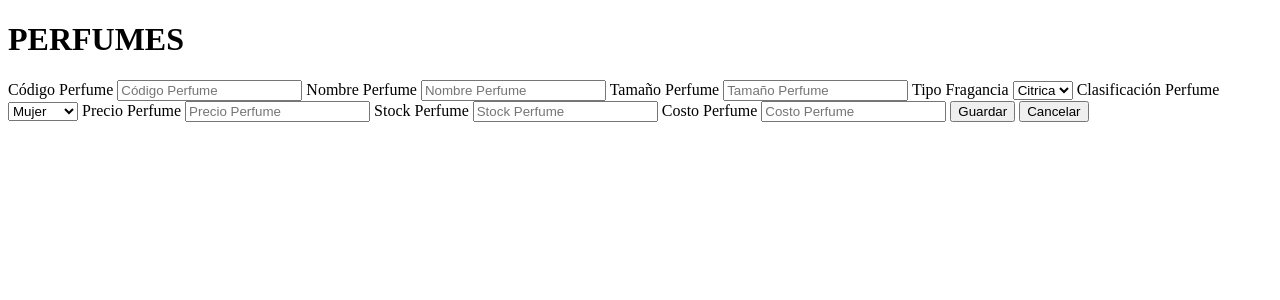
Repository: alejamorenovallejo/arosmile
Page: perfume.html
An editor plug-in stored every save of this project. The page is shown before and after the next save, followed by the edit.
The browser window is 1280 px wide. The pictures show the whole page.

Above is the page before, as saved 2021-09-12 02:11:08.
Not found: main.js

### perfume.html
<!DOCTYPE html>
<html>
  <head>
    <meta charset="utf-8" />
    <meta http-equiv="X-UA-Compatible" content="IE=edge" />
    <title>Perfumes</title>
    <meta name="viewport" content="width=device-width, initial-scale=1" />
    <link
      rel="stylesheet"
      type="text/css"
      media="screen"
      href="css/style.css"
    />
    <script src="main.js"></script>
  </head>
  <body>
    <header></header>
    <main>
      <h1>PERFUMES</h1>
      <div>
        <form action="" method="POST">
          <label for="codigo_perfume">
            <span>Código Perfume</span>
            <input
              type="text"
              id="codigo_perfume"
              name="codigo_perfume"
              placeholder="Código Perfume"
            />
          </label>
          <label for="nombre_perfume">
            <span>Nombre Perfume</span>
            <input
              type="text"
              id="nombre_perfume"
              name="nombre_perfume"
              placeholder="Nombre Perfume"
            />
          </label>
          <label for="tamano_perfume">
            <span>Tamaño Perfume</span>
            <input
              type="number"
              id="tamano_perfume"
              name="tamano_perfume"
              placeholder="Tamaño Perfume"
            />
          </label>
          <label for="tipo_frangancia">
            <span>Tipo Fragancia</span>
            <select
              name="tipo_frangancia"
              id="tipo_frangancia"
              placeholder="Tipo Fragancia"
            >
              <option value="1">Citrica</option>
            </select>
          </label>
          <label for="clasificacion_perfume">
            <span>Clasificación Perfume</span>
            <select
              name="clasificacion_perfume"
              id="clasificacion_perfume"
              placeholder="Clasificación Perfume"
            >
              <option value="1">Mujer</option>
              <option value="2">Hombre</option>
              <option value="3">Infantil</option>
            </select>
          </label>
          <label for="precio_perfume">
            <span>Precio Perfume</span>
            <input
              type="number"
              id="precio_perfume"
              name="precio_perfume"
              placeholder="Precio Perfume"
            />
          </label>
          <label for="stock_perfume">
            <span>Stock Perfume</span>
            <input
              type="number"
              id="stock_perfume"
              name="stock_perfume"
              placeholder="Stock Perfume"
            />
          </label>
          <label for="costo_perfume">
            <span>Costo Perfume</span>
            <input
              type="number"
              id="costo_perfume"
              name="costo_perfume"
              placeholder="Costo Perfume"
            />
          </label>
          <input
            type="submit"
            id="guardar_perfume"
            name="guardar_perfume"
            value="Guardar"
          />
          <input
            type="button"
            id="cancelar_perfume"
            name="cancelar_perfume"
            value="Cancelar"
          />
        </form>
      </div>
    </main>
  </body>
</html>

### css/style.css
div {
    margin: .4em 0;

}

After the next save:
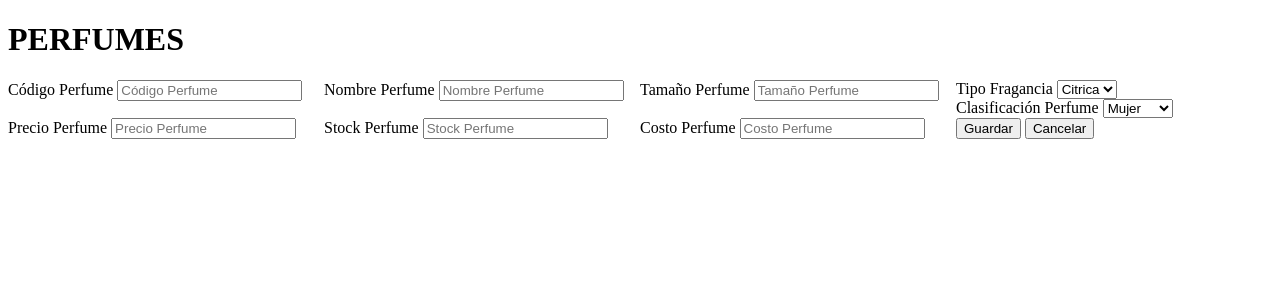
Saved 32 s later.
--- a/css/style.css
+++ b/css/style.css
@@ -2,3 +2,8 @@ div {
     margin: .4em 0;
 
 }
+
+div label {
+    width: 25%;
+    float: left;
+  }
